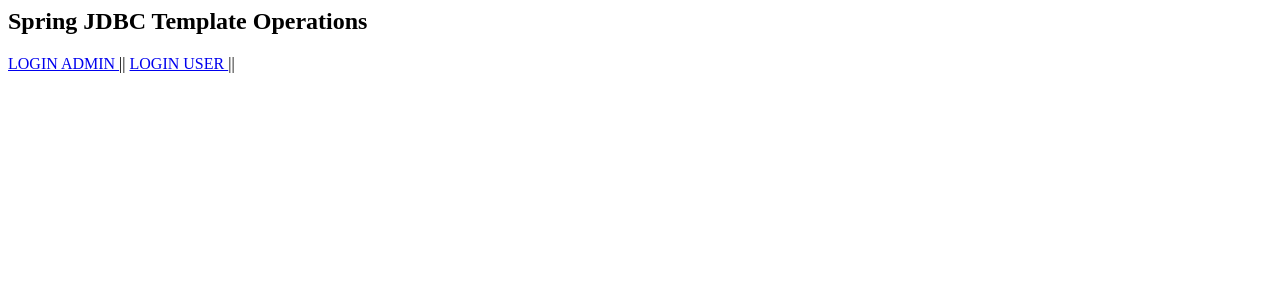
Repository: AnushkaSharma9/Make-an-E-commerce-Website-For-SportyShoes-sportyshoes
Page: http://localhost/phase3-Project-SportyShoes-Webappplication/index2.jsp
The author's editor kept a copy of each file at every save. The page is drawn from the files as they stood at one save, then again after the next save.
The browser window is 1280 px wide. The pictures show the whole page.
The page is served by Tomcat 9. Nobody is signed in. The application's start-up code is not run.

Above is the page before, as saved 2021-10-25 19:09:43.

After the next save:
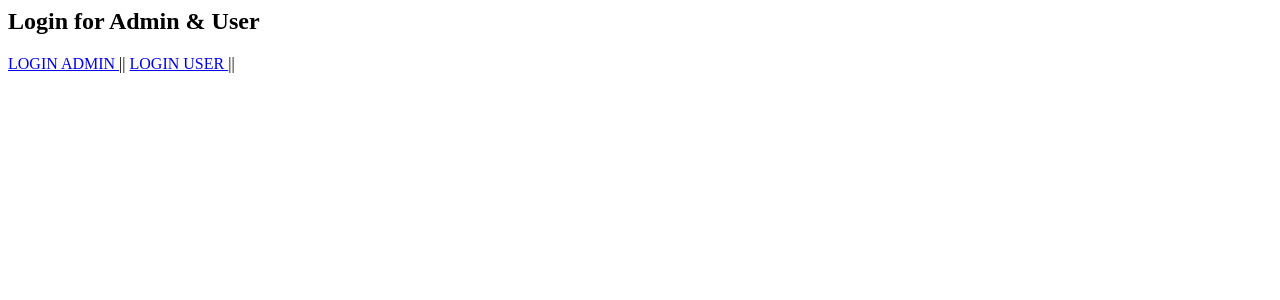
Saved 86 s later.
--- a/phase3-Project-SportyShoes-Webappplication/src/main/webapp/index2.jsp
+++ b/phase3-Project-SportyShoes-Webappplication/src/main/webapp/index2.jsp
@@ -1,6 +1,6 @@
 <html>
 <body>
-	<h2>Spring JDBC Template Operations</h2>
+	<h2>Login for Admin & User</h2>
 	<a href="login"> LOGIN ADMIN </a> ||
 	<a href="ulogin"> LOGIN USER </a>  ||
 
